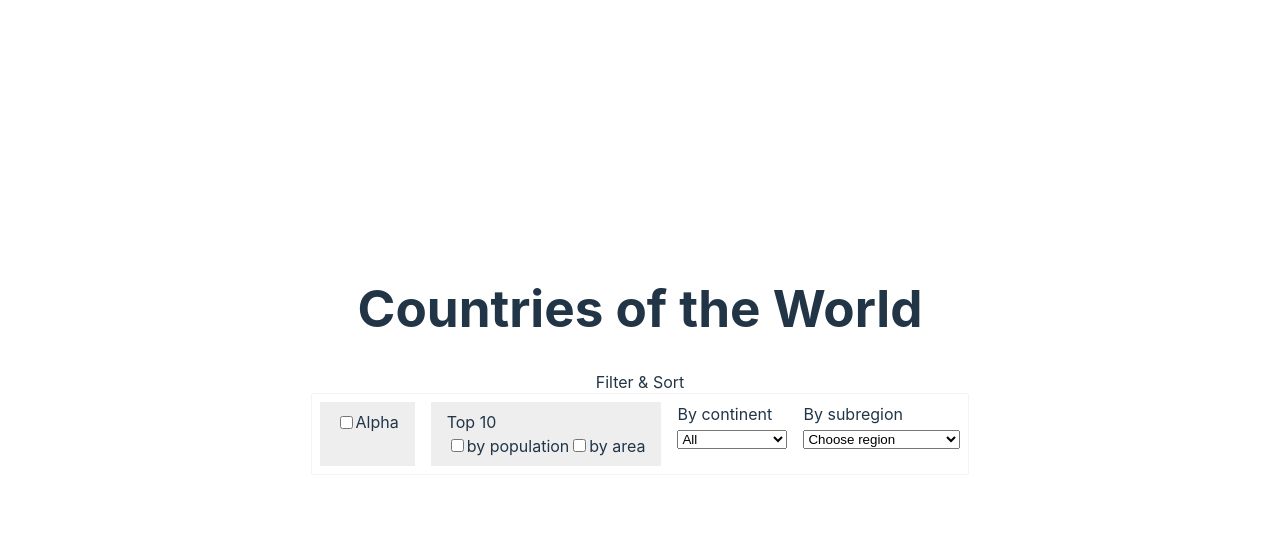
Repository: SamanthaYan298/my_countries
Page: /
An editor plug-in stored every save of this project. The page is shown before and after the next save, followed by the edit.
The browser window is 1280 px wide. The pictures show the whole page.
The project was rebuilt for these pictures with package versions that can differ from the ones it lists, and the page was loaded fresh each time. Also part of the build but not shown: vite.config.js.

Above is the page before, as saved 2024-11-04 17:41:38.

After the next save:
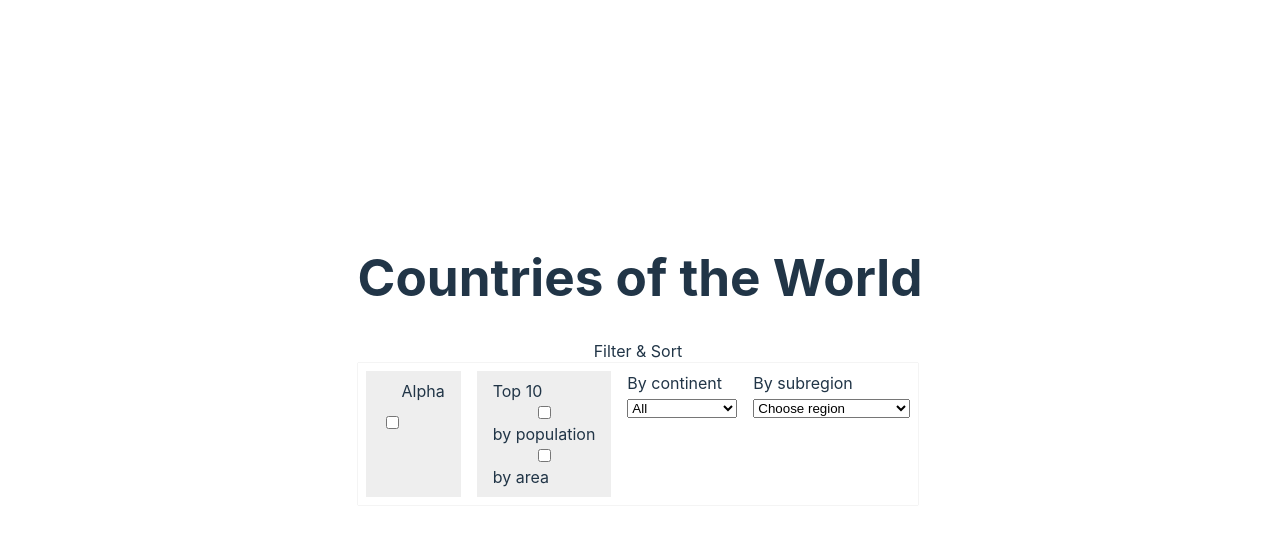
Saved 19 s later.
--- a/src/App.css
+++ b/src/App.css
@@ -44,3 +44,8 @@
   padding: 0.5rem 1rem;
   background-color: rgb(238, 238, 238);
 }
+
+.options {
+  display: flex;
+  flex-direction: column;
+}

After the save that followed:
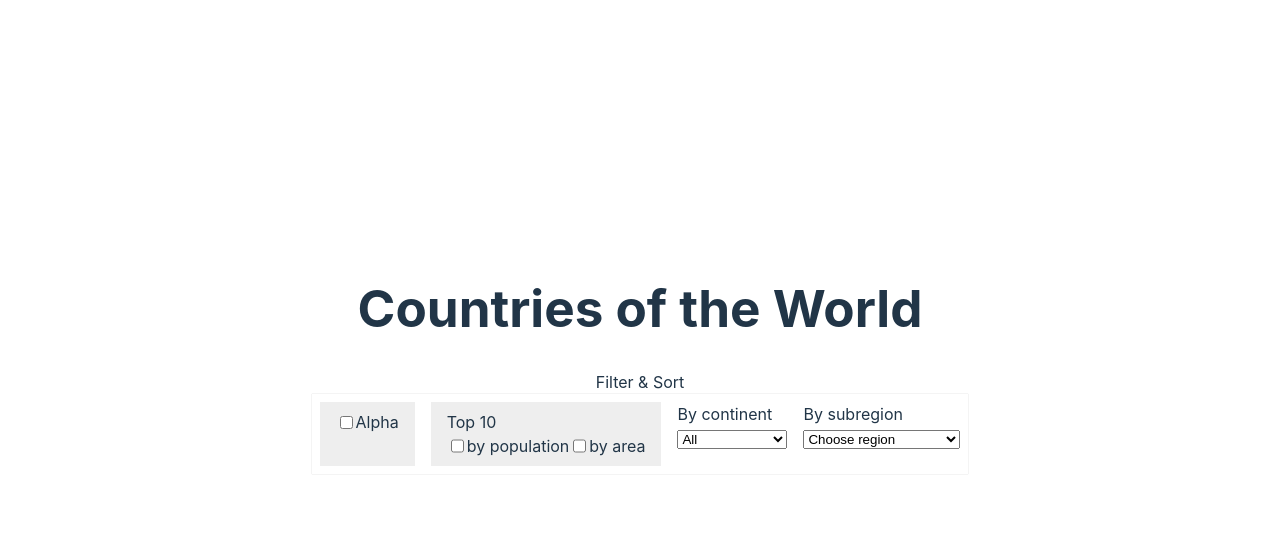
Saved 14 s later.
--- a/src/App.css
+++ b/src/App.css
@@ -47,5 +47,5 @@
 
 .options {
   display: flex;
-  flex-direction: column;
+  flex-wrap: nowrap;
 }
